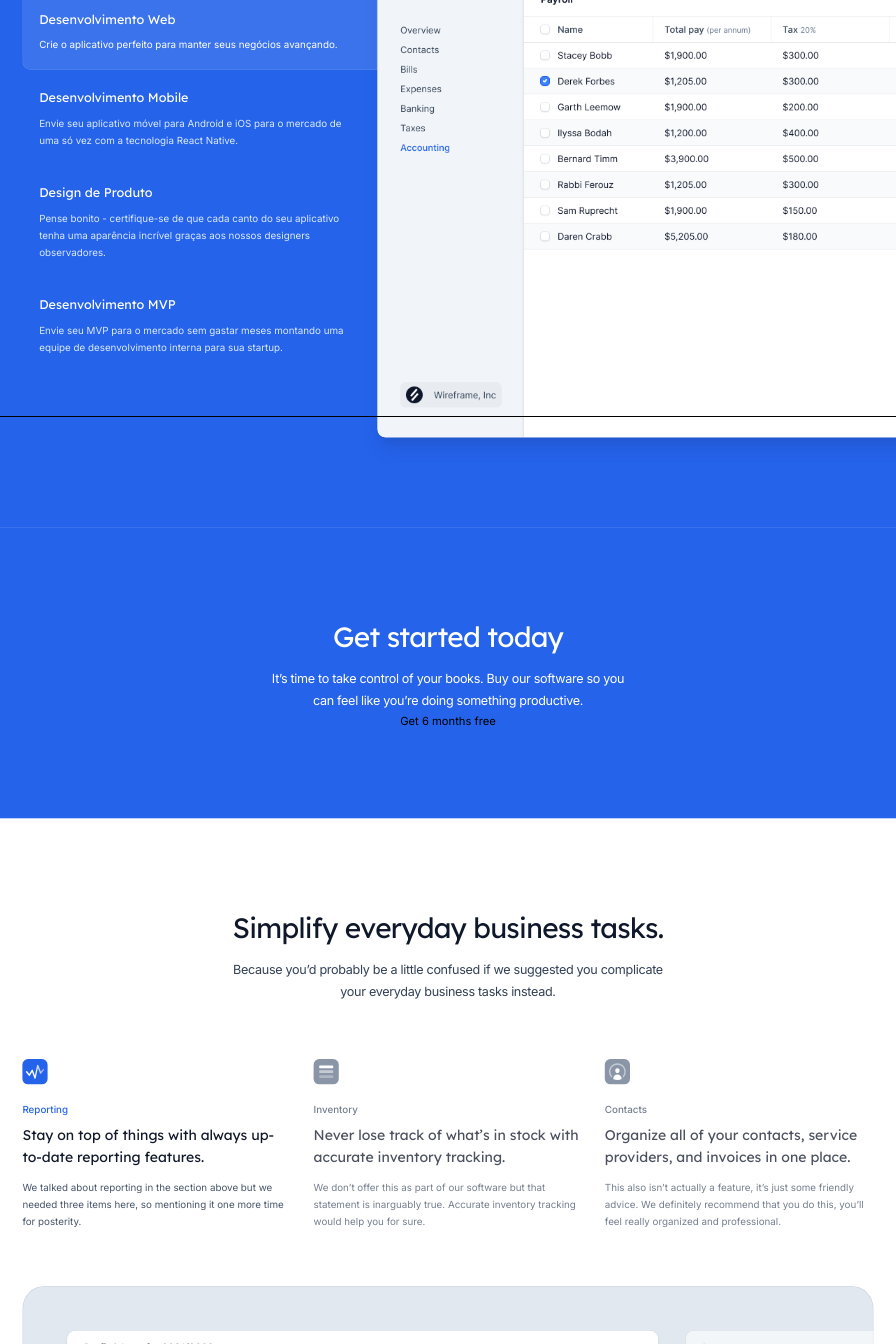
Repository: LuisSempre/imaginative
Page: /
An editor plug-in stored every save of this project. The page is shown before and after the next save, followed by the edit.
The browser window is 1280 px wide. The pictures show the part of the page from y = 2310 to 4230 px (the page is 10334 px tall), at 70% of full size.
The project was rebuilt for these pictures with package versions that can differ from the ones it lists, and the page was loaded fresh each time. The framework's server and built-in components were replaced by stand-ins that run in the browser. Also part of the build but not shown: next.config.js.

Above is the page before, as saved 2022-07-15 10:48:33.

After the next save:
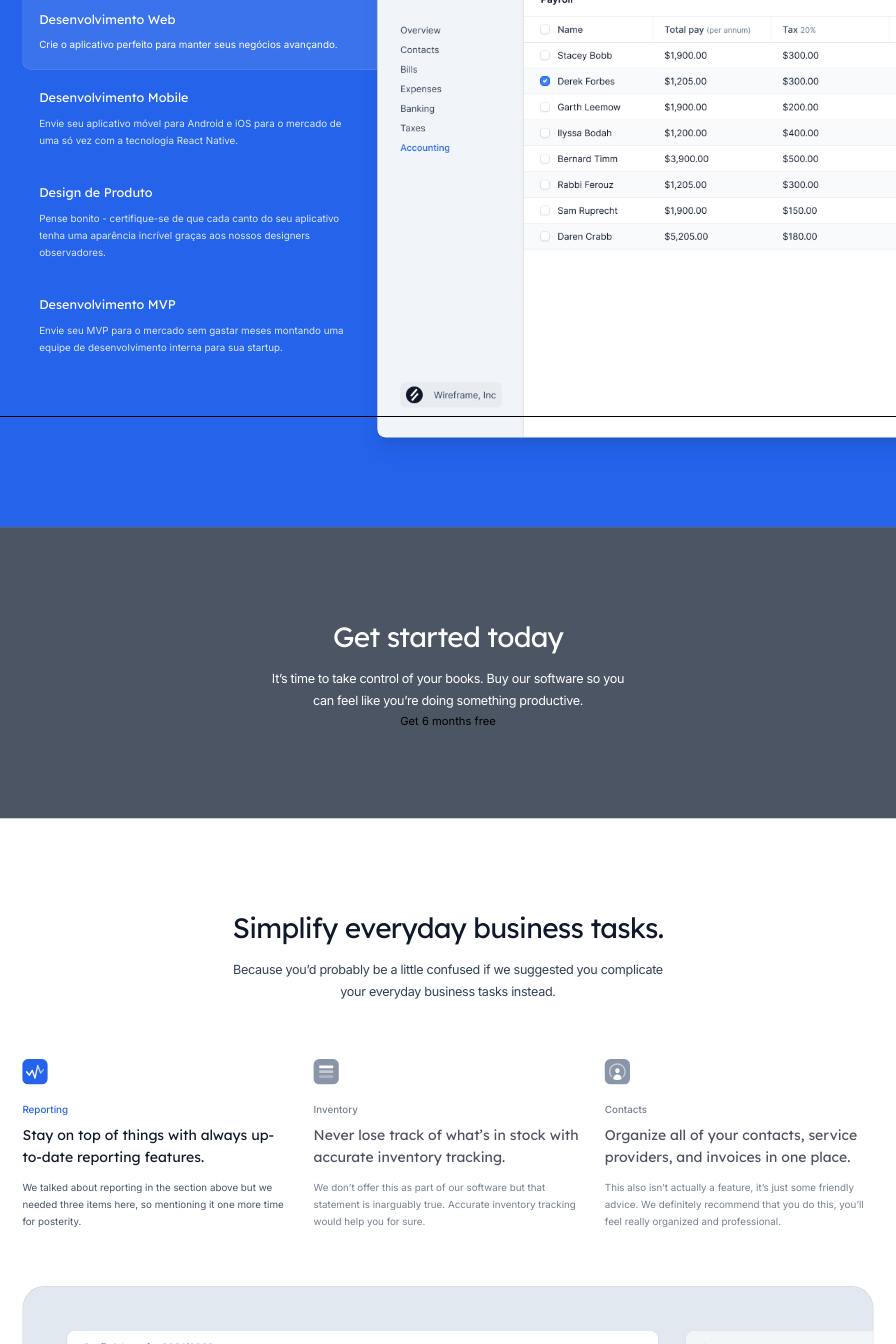
Saved 10 s later.
--- a/src/components/Tecnology.jsx
+++ b/src/components/Tecnology.jsx
@@ -7,7 +7,7 @@
   return (
     <section
       id="get-started-today"
-      className="relative py-32 overflow-hidden bg-blue-600"
+      className="relative py-32 overflow-hidden bg-gray-600"
     >
       <Container className="relative">
         <div className="max-w-lg mx-auto text-center">
